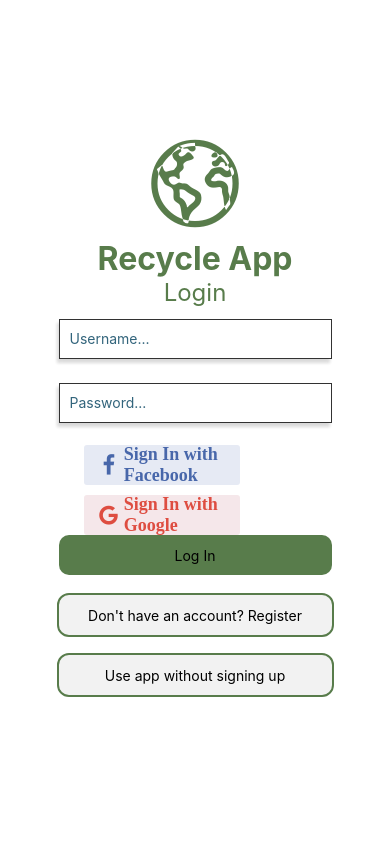
Repository: ct-pham/COMP4511
Screen: / (app in comp4511/)
These files come from the project's save history. The screen is drawn as it stood at one moment and after the next save; the edit follows.
The app was drawn by React Native's web renderer in a window 390 px wide. The project was rebuilt for these pictures with package versions that can differ from the ones it lists, and the page was loaded fresh each time.

Above is the screen before, as saved 2022-11-07 16:20:04.

After the next save:
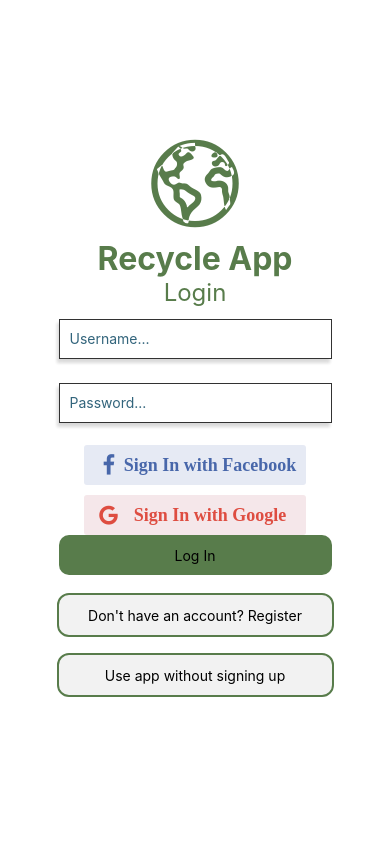
Saved 25 s later.
--- a/comp4511/Components/Other/SocialButtons.js
+++ b/comp4511/Components/Other/SocialButtons.js
@@ -30,7 +30,7 @@ export default SocialButton;
 const styles = StyleSheet.create({
   buttonContainer: {
     marginTop: 10,
-    width: '70%',
+    width: '100%',
     height: 40,
     padding: 10,
     flexDirection: 'row',
